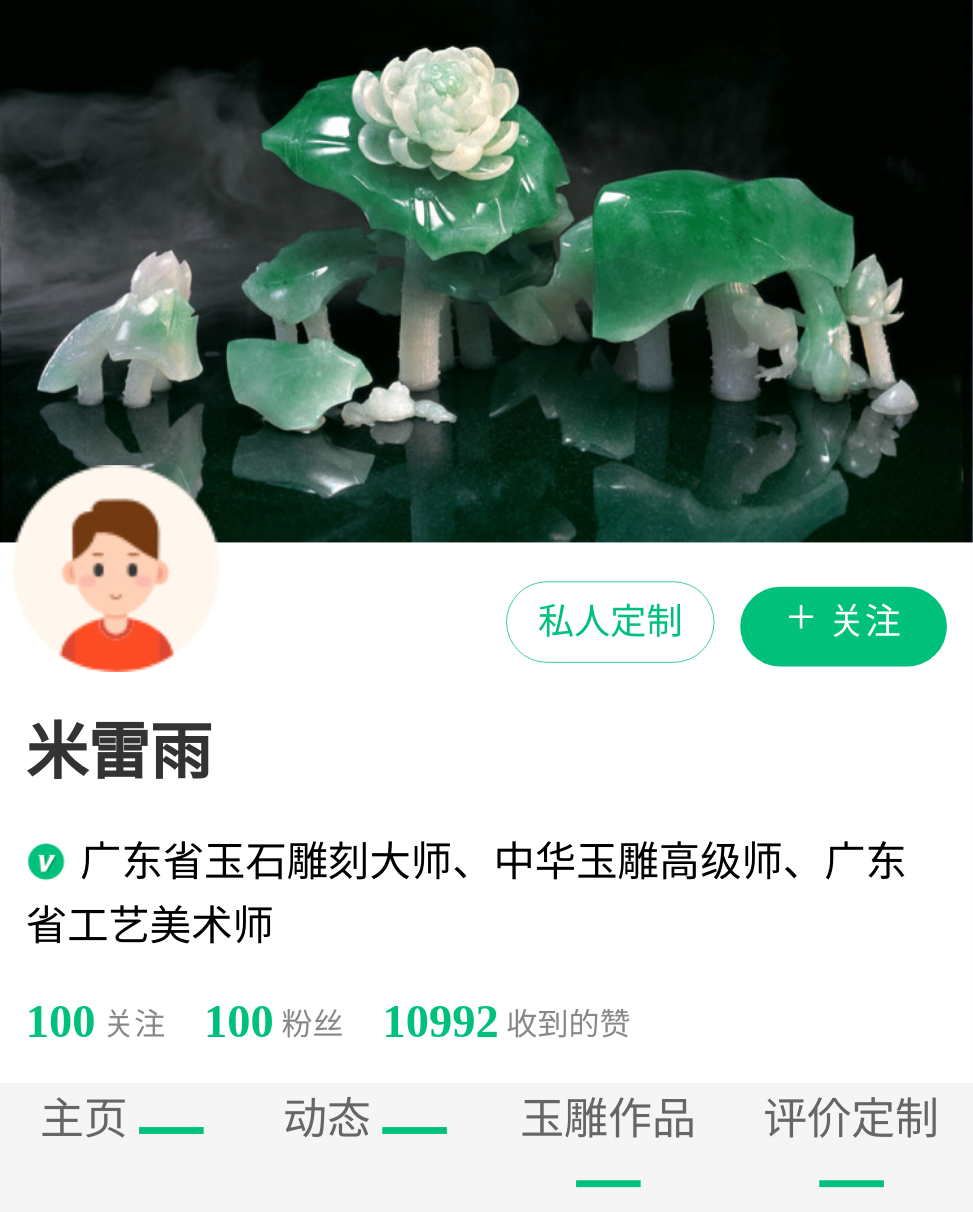
Repository: 1yanglulu/-
Page: html/jadecarvemaincenter.html
These files come from the project's save history. The page is drawn as it stood at one moment and after the next save; the edit follows.
The browser window is 1280 px wide. The pictures show the whole page, at 76% of full size.

Above is the page before, as saved 2020-01-07 15:18:28.

### html/jadecarvemaincenter.html
<!DOCTYPE html>
<html lang="en">
<head>
  <meta charset="UTF-8">
  <meta name="viewport" content="width=device-width, user-scalable=no, initial-scale=1.0, maximum-scale=1.0, minimum-scale=1.0">
  <meta http-equiv="X-UA-Compatible" content="ie=edge">
  <title>玉雕师详情</title>
  <link rel="stylesheet" href="../css/common.css">
  <link rel="stylesheet" href="../css/jadecarvemaincenter.css">
</head>
<body class="bac-color">
  <div class="jade-main-center  bac-color">
    <div class="top-banner">
      <img src="../images/mainbac.png" alt="" class="banner-bac">
    </div>
    <div class="avatar-box">
      <img src="../images/defaultImg.png" alt="" class="default-img">
      <div class="btn-box fn">
        <a href="javascript:void(0);" class="self-made">私人定制</a>
        <div class="follow-btn"><span class="add-icon">+</span>关注</div>
      </div>
      <div class="jade-name">
        米雷雨
      </div>
      <div class="jade-introduce fn">
        <img src="../images/vipicon.png" alt="vip" class="vip-icon">
        <span class="touxian">广东省玉石雕刻大师、中华玉雕高级师、广东省工艺美术师</span>
      </div>
      <div class="jade-hot-num">
        <span class="for-num">100</span>关注<span class="for-num">100</span>粉丝<span class="for-num">10992</span>收到的赞
      </div>
    </div>
    <div class="jade-tab clearfix">
      <div class="jade-tab-item fl  fn">
        <span>主页</span>
        <div class="tab-line"></div>
      </div>
      <div class="jade-tab-item fl  fn">
        <span>动态</span>
        <div class="tab-line"></div>
      </div>
      <div class="jade-tab-item fl  fn">
        <span>玉雕作品</span>
        <div class="tab-line"></div>
      </div>
      <div class="jade-tab-item fl  fn">
        <span>评价定制</span>
        <div class="tab-line"></div>
      </div>
    </div>
  </div>
  <script src="../js/jquery-3.3.1.min.js"></script>
  <script src="../js/rem.js"></script>
  <script src="../js/jadecarvemaincenter.js"></script>
  <script></script>
</body>
</html>

### css/common.css
h2,body,div,html,ul,li,a,img{
  margin: 0;
  padding: 0;
}
a,img{
  display:block;
}
.fn{
  font-size:0;
}
ul{
  margin-block-start: 0;
  margin-block-end: 0;
  padding-inline-start: 0;
}
ul li{
  list-style: none;
}
a{
  text-decoration: none;
}
.clearfix:after{/*伪元素是行内元素 正常浏览器清除浮动方法*/
  content: "";
  display: block;
  height: 0;
  clear:both;
  visibility: hidden;
}
.clearfix{
  *zoom: 1;/*ie6清除浮动的方式 *号只有IE6-IE7执行，其他浏览器不执行*/
}
.fl{
  float: left;
}
.fr{
  float:right;
}
.bac-color{
  /* background:rgb(248,248,248); */
  background: #f5f5f5;
}

### css/jadecarvemaincenter.css
.jade-main-center{
  width: 100%;
}
.top-banner{
  background: #fff;
}
.banner-bac{
  width: 100%;
  height: 4.2rem;
  display: block
}
.default-img{
  width: 1.6rem;
  height: 1.6rem;
}
.avatar-box{
  position: relative;
  background: #fff;
}
.default-img{
  position: absolute;
  left:.1rem;
  top:-.6rem;

}
.avatar-box{
  padding:0 .2rem 0.3rem;
}
.btn-box{
  text-align: right;
  padding: .3rem 0;
}
.self-made{
  display: inline-block;
  padding: 0 .24rem;
  text-align: center;
  line-height: .62rem;
  border: 1px solid #00C17B;
  border-radius:.33rem;
  background: #fff;
  font-size: .28rem;
  color: #00C17B;
  margin-right: .2rem;
}
.follow-btn{
  width: 1.6rem;
  height: .62rem;
  text-align: center;
  background: #00C17B;
  border-radius:.33rem;
  font-size: .28rem;
  color: #FFFFFF;
  display: inline-block;
}
.add-icon{
  font-size: .4rem;
  color: #FFFFFF;
  margin-right: .1rem;
}
.jade-name{
  font-size: .48rem;
  color: #333333;
  line-height: .58rem;
  text-align: left;
  margin-top: .08rem;
  font-weight: bold;
  margin-bottom: .3rem;
  background: #fff;
}
.jade-introduce{
  margin-bottom: .3rem;
  background: #fff;
}
.vip-icon{
  width: .32rem;
  height: .32rem;
  display: inline-block;
  margin-right: .1rem;
  vertical-align: middle;
}
.touxian{
  font-size: .32rem;
  color: #000000;
  line-height: .5rem;
  vertical-align: middle;
}
.jade-hot-num{
  font-size: .24rem;
  color: #888888;
  text-align: center;
  text-align: left;
  background: #fff;
}
.jade-hot-num .for-num{
  font-size: .36rem;
  color: #00C17B;
  text-align: center;
  font-weight: bold;
  margin-left: .3rem;
  vertical-align: bottom;
  line-height: 0.36rem;
  margin-right: .06rem;
}
.jade-hot-num .for-num:first-child{
  margin-left: 0;
}
.jade-tab{
  height: 1rem;
}
.jade-tab .jade-tab-item{
  width: 25%;
  text-align: center;
  font-size: .34rem;
  color: #666666;
}
.jade-tab .jade-tab-item>span{
  display: inline-block;
}
.tab-line{
  width: .5rem;
  height: .05rem;
  background: #00C17B;
  display: inline-block;
}

### js/rem.js
(function (doc, win) {
    var docEl = doc.documentElement,
        resizeEvt = 'orientationchange' in window ? 'orientationchange' : 'resize',
        recalc = function () {
            var clientWidth = docEl.clientWidth;
            if (!clientWidth) return;
            docEl.style.fontSize =Math.floor(100*(clientWidth / 750))+ 'px';
        };
    if (!doc.addEventListener) return;
    win.addEventListener(resizeEvt, recalc, false);
    doc.addEventListener('DOMContentLoaded', recalc, false);
})(document,window);

Loaded but not shown: js/jquery-3.3.1.min.js (library); js/jadecarvemaincenter.js (no stored copy; drawn as an empty file)

After the next save:
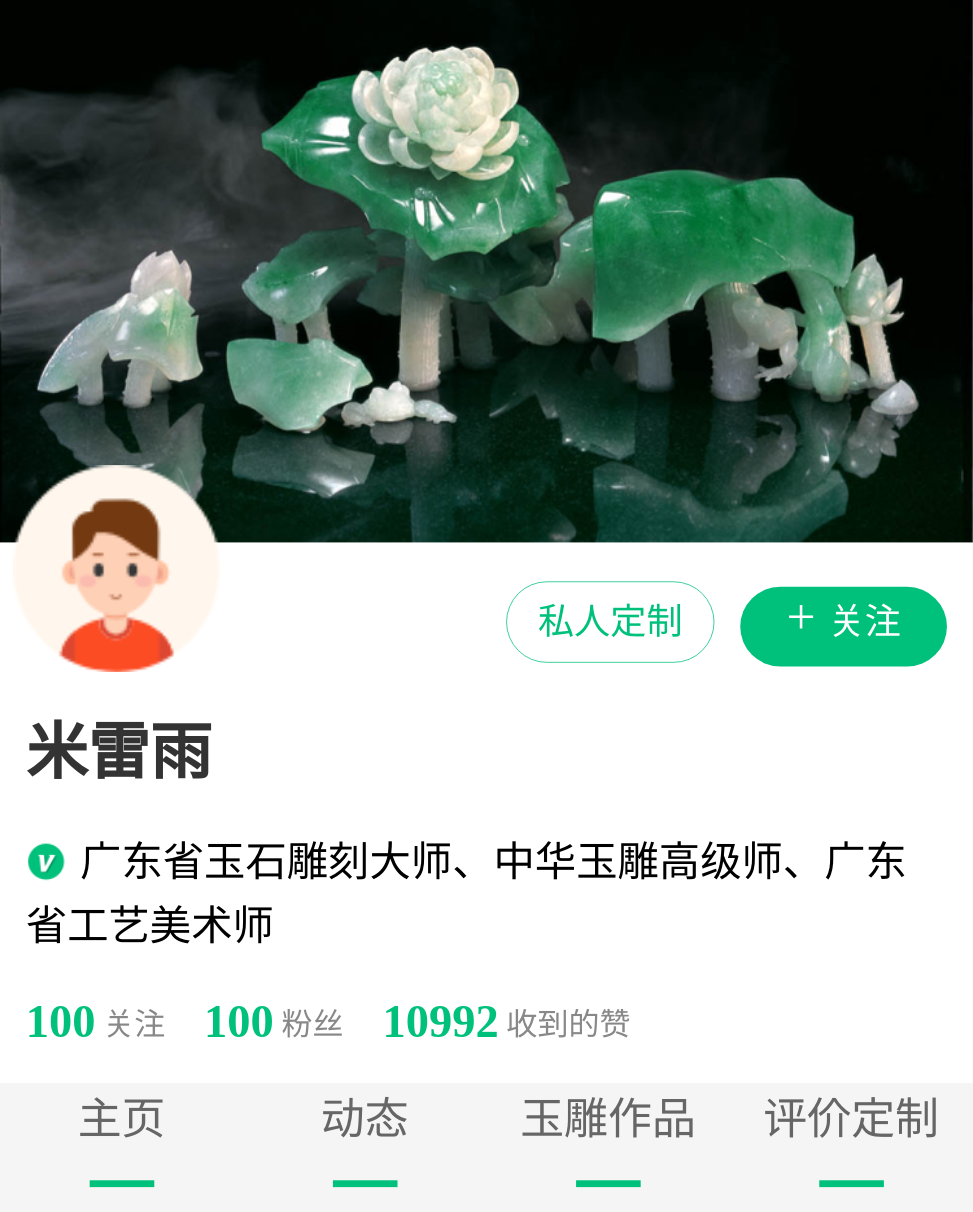
Saved 67 s later.
--- a/css/jadecarvemaincenter.css
+++ b/css/jadecarvemaincenter.css
@@ -114,7 +114,8 @@
   color: #666666;
 }
 .jade-tab .jade-tab-item>span{
-  display: inline-block;
+  display: block;
+  text-align: center;
 }
 .tab-line{
   width: .5rem;
